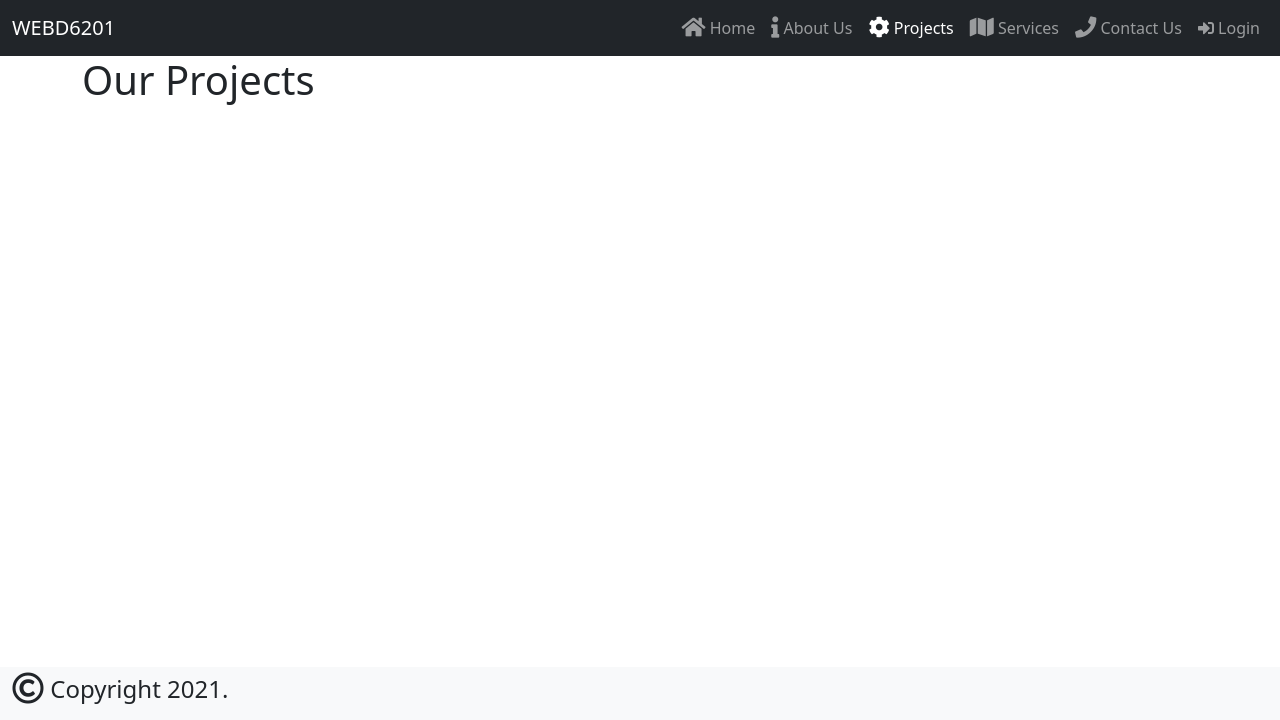
Repository: Sub4Sub/Lab_4
Page: http://localhost/projects
An editor plug-in stored every save of this project. The page is shown before and after the next save, followed by the edit.
The browser window is 1280 px wide. The pictures show the whole page.
The page is served by the project's Node server (server.js). Other server files are loaded and not shown.

Above is the page before, as saved 2021-04-16 18:22:29.
Console error: ReferenceError: router is not defined

### Views/index.ejs

<!DOCTYPE html>
<html lang="en">
<head>
    <meta charset="UTF-8">
    <meta name="viewport" content="width=device-width, initial-scale=1.0">
    <title><%= title %></title>
    <!-- CSS Section -->
    <link rel="stylesheet" href="./bootstrap/dist/css/bootstrap.min.css">
    <link rel="stylesheet" href="./@fortawesome/fontawesome-free/css/all.min.css">
    <link rel="stylesheet" href="./Content/app.css">
    <!-- Scripts that preload-->
    <script src="./Scripts/namespace.js"></script>

</head>
<body id="<%= page %>">
    <!-- Main Header -->
    <header>
      <%- include('./components/header'); -%>
    </header>

    <!-- Main Content -->
    <main class="container">
      <%- include('./content/' + page); -%>
    </main>

    <!-- Main Footer -->
    <footer>
      <%- include('./components/footer'); -%>
    </footer>

    <!-- Script Section-->
    <script src="./jquery/dist/jquery.min.js"></script>
    <script src="./bootstrap/dist/js/bootstrap.bundle.min.js"></script>
    <script src="./Scripts/contact.js"></script>
    <script src="./Scripts/user.js"></script>
    <script src="./Scripts/app.js"></script>
  </body>
</html>

### Views/components/header.ejs
<!-- Main Navigation -->
<nav class="navbar navbar-expand-lg navbar-dark bg-dark">
    <div class="container-fluid">
      <a class="navbar-brand" href="/home">WEBD6201</a>
      <button class="navbar-toggler" type="button" data-bs-toggle="collapse" data-bs-target="#navbarSupportedContent" aria-controls="navbarSupportedContent" aria-expanded="false" aria-label="Toggle navigation">
        <span class="navbar-toggler-icon"></span>
      </button>
      <div class="collapse navbar-collapse" id="navbarSupportedContent">
        <ul class="navbar-nav ms-auto mb-2 mb-lg-0">
          <li class="nav-item">
            <a id="home" class="nav-link <%= (page == 'home') ? 'active' : '' %>" aria-current="page" href="/home"><i class="fas fa-home fa-lg"></i> Home</a>
          </li>

          <li class="nav-item">
            <a id="about"  class="nav-link <%= (page == 'about') ? 'active' : '' %>" aria-current="page" href="/about"><i class="fas fa-info fa-lg"></i> About Us</a>
          </li>

          <li class="nav-item">
            <a id="projects"  class="nav-link <%= (page == 'projects') ? 'active' : '' %>" aria-current="page" href="/projects"><i class="fas fa-cog fa-lg"></i> Projects</a>
          </li>

          <li class="nav-item">
            <a id="services"  class="nav-link <%= (page == 'services') ? 'active' : '' %>" aria-current="page" href="/services"><i class="fas fa-map fa-lg"></i> Services</a>
          </li>

          <li class="nav-item">
            <a id="contact"  class="nav-link <%= (page == 'contact') ? 'active' : '' %>" aria-current="page" href="/contact"><i class="fas fa-phone fa-lg"></i> Contact Us</a>
          </li>

          <li id="loginListItem" class="nav-item">
            <a id="login" class="nav-link  <%= (page == 'login') ? 'active' : '' %>" aria-current="page" href="/login"><i class="fas fa-sign-in-alt"></i> Login</a>
          </li>
        </ul>
      </div>
    </div>
  </nav>

### Views/content/projects.ejs
<h1>Our Projects</h1>

### views/components/footer.ejs
<nav class="navbar fixed-bottom navbar-light bg-light">
    <div class="container-fluid">
      <h4><i class="far fa-copyright fa-lg"></i> Copyright 2021.</h4>
    </div>
  </nav>

### server.js
#!/usr/bin/env node

/**
 * Module dependencies.
 */

let app = require('./app');
const debug = require('debug')('lab-4:server');
const http = require('http');

/**
 * Get port from environment and store in Express.
 */

let port = normalizePort(process.env.PORT || '3000');
app.set('port', port);

/**
 * Create HTTP server.
 */

const server = http.createServer(app);

/**
 * Listen on provided port, on all network interfaces.
 */

server.listen(port);
server.on('error', onError);
server.on('listening', onListening);

/**
 * Normalize a port into a number, string, or false.
 */

function normalizePort(val) {
  let port = parseInt(val, 10);

  if (isNaN(port)) {
    // named pipe
    return val;
  }

  if (port >= 0) {
    // port number
    return port;
  }

  return false;
}

/**
 * Event listener for HTTP server "error" event.
 */

function onError(error) {
  if (error.syscall !== 'listen') {
    throw error;
  }

  var bind = typeof port === 'string'
    ? 'Pipe ' + port
    : 'Port ' + port;

  // handle specific listen errors with friendly messages
  switch (error.code) {
    case 'EACCES':
      console.error(bind + ' requires elevated privileges');
      process.exit(1);
      break;
    case 'EADDRINUSE':
      console.error(bind + ' is already in use');
      process.exit(1);
      break;
    default:
      throw error;
  }
}

/**
 * Event listener for HTTP server "listening" event.
 */

function onListening() {
  let addr = server.address();
  let bind = typeof addr === 'string'
    ? 'pipe ' + addr
    : 'port ' + addr.port;
  debug('Listening on ' + bind);
}

### Routes/index.js
var express = require('express');
var router = express.Router();

/* GET home page. */
router.get('/', function(req, res, next) {
  res.render('index', { title: 'Home', page: 'home' });
});

/* GET home page. */
router.get('/home', function(req, res, next) {
  res.render('index', { title: 'Home', page: 'home' });
});

/* GET about page. */
router.get('/about', function(req, res, next) {
  res.render('index', { title: 'About', page: 'about' });
});

/* GET services page. */
router.get('/services', function(req, res, next) {
  res.render('index', { title: 'Services', page: 'services' });
});

/* GET contact page. */
router.get('/contact', function(req, res, next) {
  res.render('index', { title: 'Contact', page: 'contact' });
});

/* GET contact list page. */
router.get('/contact-list', function(req, res, next) {
  res.render('index', { title: 'Contact List', page: 'contact-list' });
});

/* GET projects page. */
router.get('/projects', function(req, res, next) {
  res.render('index', { title: 'Projects', page: 'projects' });
});

/* GET register page. */
router.get('/register', function(req, res, next) {
  res.render('index', { title: 'Register', page: 'register' });
});

/* GET login page. */
router.get('/login', function(req, res, next) {
  res.render('index', { title: 'Login', page: 'login' });
});

/* GET login page. */
router.get('/edit', function(req, res, next) {
  res.render('index', { title: 'Edit', page: 'edit' });
});

/* GET login page. */
router.get('/task-list', function(req, res, next) {
  res.render('index', { title: 'Task List', page: 'task-list' });
});

module.exports = router;

### app.js
const createError = require('http-errors');
const express = require('express');
const path = require('path');
const cookieParser = require('cookie-parser');
const logger = require('morgan');

let indexRouter = require('./Routes/index');

let app = express();

// view engine setup
app.set('views', path.join(__dirname, 'Views'));
app.set('view engine', 'ejs');

app.use(logger('dev'));
app.use(express.json());
app.use(express.urlencoded({ extended: false }));
app.use(cookieParser());
app.use(express.static(path.join(__dirname, 'Client')));
app.use(express.static(path.join(__dirname, 'node_modules')));

app.use('/', indexRouter);

// catch 404 and forward to error handler
app.use(function(req, res, next) {
  next(createError(404));
});

// error handler
app.use(function(err, req, res, next) {
  // set locals, only providing error in development
  res.locals.message = err.message;
  res.locals.error = req.app.get('env') === 'development' ? err : {};

  // render the error page
  res.status(err.status || 500);
  res.render('error', { message: err.message, error: res.locals.error, title: 'ERROR', page: 'error'});
});

module.exports = app;

### Client/Scripts/namespace.js
// namespace core
let core;

### Client/Scripts/contact.js
"use strict";
// Contact Class

((core)=>{
  class Contact {
    // getters and setters
    get FullName()
    {
      return this.m_fullName;
    }

    set FullName(value)
    {
      this.m_fullName = value;
    }

    get ContactNumber()
    {
      return this.m_contactNumber;
    }

    set ContactNumber(value)
    {
      this.m_contactNumber = value;
    }

    get EmailAddress()
    {
      return this.m_emailAddress;
    }

    set EmailAddress(value)
    {
      this.m_emailAddress = value;
    }

    // constructor

    /**
     * @param {string} fullName
     * @param {string} contactNumber
     * @param {string} emailAddress
     */
    constructor(fullName = "", contactNumber = "", emailAddress = "")
    {
      this.FullName = fullName;
      this.ContactNumber = contactNumber;
      this.EmailAddress = emailAddress;
    }

    // methods

    /**
     * This method overrides the built-in toString method for the Contact class
     *
     * @returns {string}
     */
    toString()
    {
      return `Full Name     : ${this.FullName} \nContact Number: ${this.ContactNumber}\nEmail Address : ${this.EmailAddress}`;
    }

    /**
     * This method returns a JSON object made up of the properties of the Contact class
     *
     * @returns {Object}
     */
    toJSON()
    {
      return {
        "FullName": this.FullName,
        "ContactNumber": this.ContactNumber,
        "EmailAddress": this.EmailAddress
      }
    }

    /**
     * This method takes a JSON data object and assigns the values to the Contact class properties
     *
     * @param {Object} data
     */
    fromJSON(data)
    {
      this.FullName = data.FullName;
      this.ContactNumber = data.ContactNumber;
      this.EmailAddress = data.EmailAddress;
    }

    /**
     * This method converts the Contact into a comma-separated value string
     *
     * @returns {string}
     */
    serialize()
    {
      if(this.FullName !== "" && this.ContactNumber !== "" && this.EmailAddress !== "")
      {
        return `${this.FullName},${this.ContactNumber},${this.EmailAddress}`;
      }
      else
      {
        console.error("One or more properties of the Contact is empty");
        return null;
      }
    }

    /**
     * This method takes a comma-separated data string and assigns the values to the Contact class properties
     *
     * @param {string} data
     * @return {void}
     */
    deserialize(data)
    {
      let propertyArray = data.split(",");
      this.FullName = propertyArray[0];
      this.ContactNumber = propertyArray[1];
      this.EmailAddress = propertyArray[2];
    }
  }

  core.Contact = Contact;

})(core || (core={}));

### Client/Scripts/user.js
"use strict";
// User Class

((core)=>
{
  class User
  {
    // getters and setters
    get DisplayName()
    {
      return this.m_displayName;
    }

    set DisplayName(value)
    {
      this.m_displayName = value;
    }

    get EmailAddress()
    {
      return this.m_emailAddress;
    }

    set EmailAddress(value)
    {
      this.m_emailAddress = value;
    }

    get Username()
    {
      return this.m_username;
    }

    set Username(value)
    {
      this.m_username = value;
    }

    get Password()
    {
      return this.m_password;
    }

    set Password(value)
    {
      this.m_password = value;
    }

    // constructor

    /**
     * Creates an instance of User.
     * @param {string} [displayName=""]
     * @param {string} [emailAddress=""]
     * @param {string} [username=""]
     * @param {string} [password=""]
     */
    constructor(displayName = "", emailAddress = "", username = "", password="")
    {
      this.DisplayName = displayName;
      this.EmailAddress = emailAddress;
      this.Username = username;
      this.Password = password;
    }

    // methods

    /**
     * This method overrides the built-in toString method for the User class
     *
     * @returns {string}
     */
    toString()
    {
      return `Display Name     : ${this.DisplayName} \nEmail Address : ${this.EmailAddress} \nUsername : ${this.Username}`;
    }

    /**
     * This method returns a JSON object made up of the properties of the User class
     *
     * @returns {Object}
     */
    toJSON()
    {
      return {
        "DisplayName": this.DisplayName,
        "EmailAddress": this.EmailAddress,
        "Username": this.Username
      }
    }

    /**
     * This method takes a JSON data object and assigns the values to the User class properties
     *
     * @param {Object} data
     */
    fromJSON(data)
    {
      this.DisplayName = data.DisplayName;
      this.EmailAddress = data.EmailAddress;
      this.Username = data.Username;
      this.Password = data.Password;
    }

    /**
     * This method converts the User into a comma-separated value string
     *
     * @returns {string}
     */
    serialize()
    {
      if(this.DisplayName !== "" && this.EmailAddress !== "" && this.Username !== "")
      {
        return `${this.DisplayName},${this.EmailAddress},${this.Username}`;
      }
      else
      {
        console.error("One or more properties of the User is empty");
        return null;
      }
    }

    /**
     * This method takes a comma-separated data string and assigns the values to the User class properties
     *
     * @param {string} data
     * @return {void}
     */
    deserialize(data)
    {
      let propertyArray = data.split(",");
      this.DisplayName = propertyArray[0];
      this.EmailAddress = propertyArray[1];
      this.Username = propertyArray[2];
    }
  }

  core.User = User;

})(core || (core={}));

### client/content/app.css
/* custom css goes here */
.input-group-addon:first-child
{
    border-right: 0;
}

.input-group-addon
{
    padding: 6px 12px;
    font-size: 14px;
    font-weight: 400;
    line-height: 1;
    text-align: center;
    border: 1px solid darkgrey;
    border-radius: 4px;
}

.input-group-addon .fa
{
    font-size: 18px;
}

.input-group .form-control
{
    position:relative;
    z-index: 2;
    float:left;
    margin-bottom: 0;
}

.input-group .form-control:last-child
{
    border-top-left-radius: 0;
    border-bottom-left-radius: 0;
}



.login
{
    padding: 2rem 1rem;
    margin-bottom: 2rem;
    background-color: lightgrey;
    border-radius: .3rem;
}

.login input
{
    background-color: white;
    border-color: darkgrey;
    border-radius: .4em;
    width: 100%;
}

.edit-task
{
    position: relative;
    top: -31px;
    display: none;
}

Loaded but not shown: Client/Scripts/app.js (560 lines, source omitted)

After the next save:
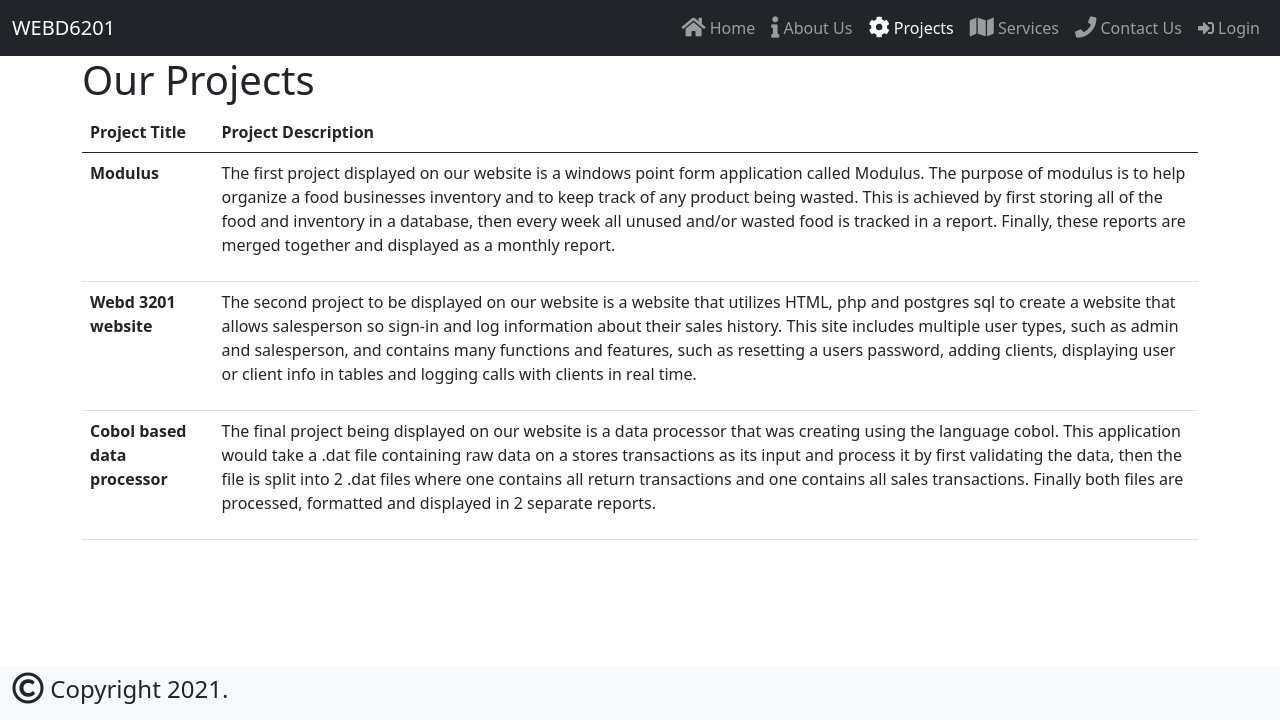
Saved 40 s later.
--- a/Views/content/projects.ejs
+++ b/Views/content/projects.ejs
@@ -1 +1,45 @@
 <h1>Our Projects</h1>
+
+<table class="table">
+    <thead>
+      <tr>
+        <th scope="col">Project Title</th>
+        <th scope="col">Project Description</th>
+      </tr>
+    </thead>
+    <tbody>
+      <tr>
+        <th scope="row">Modulus</th>
+        <td>
+          <p>
+            The first project displayed on our website is a windows point form application called Modulus. The purpose of modulus is to
+            help organize a food businesses inventory and to keep track of any product being wasted. This is achieved by first storing all of
+            the food and inventory in a database, then every week all unused and/or wasted food is tracked in a report. Finally,
+            these reports are merged together and displayed as a monthly report.
+          </p>
+        </td>
+      </tr>
+      <tr>
+        <th scope="row">Webd 3201 website</th>
+        <td>
+          <p>
+            The second project to be displayed on our website is a website that utilizes HTML, php and postgres sql to create a website that
+             allows salesperson so sign-in and log information about their sales history. This site includes multiple user types, such as admin
+             and salesperson, and contains many functions and features, such as resetting a users password, adding clients, displaying user or client info in tables and
+             logging calls with clients in real time.
+          </p>
+        </td>
+      </tr>
+      <tr>
+        <th scope="row">Cobol based data processor</th>
+        <td>
+          <p>
+            The final project being displayed on our website is a data processor that was creating using the language cobol. This application
+            would take a .dat file containing raw data on a stores transactions as its input and process it by first validating the data, then
+            the file is split into 2 .dat files where one contains all return transactions and one contains all sales transactions. Finally
+            both files are processed, formatted and displayed in 2 separate reports.
+          </p>
+        </td>
+      </tr>
+    </tbody>
+  </table>
